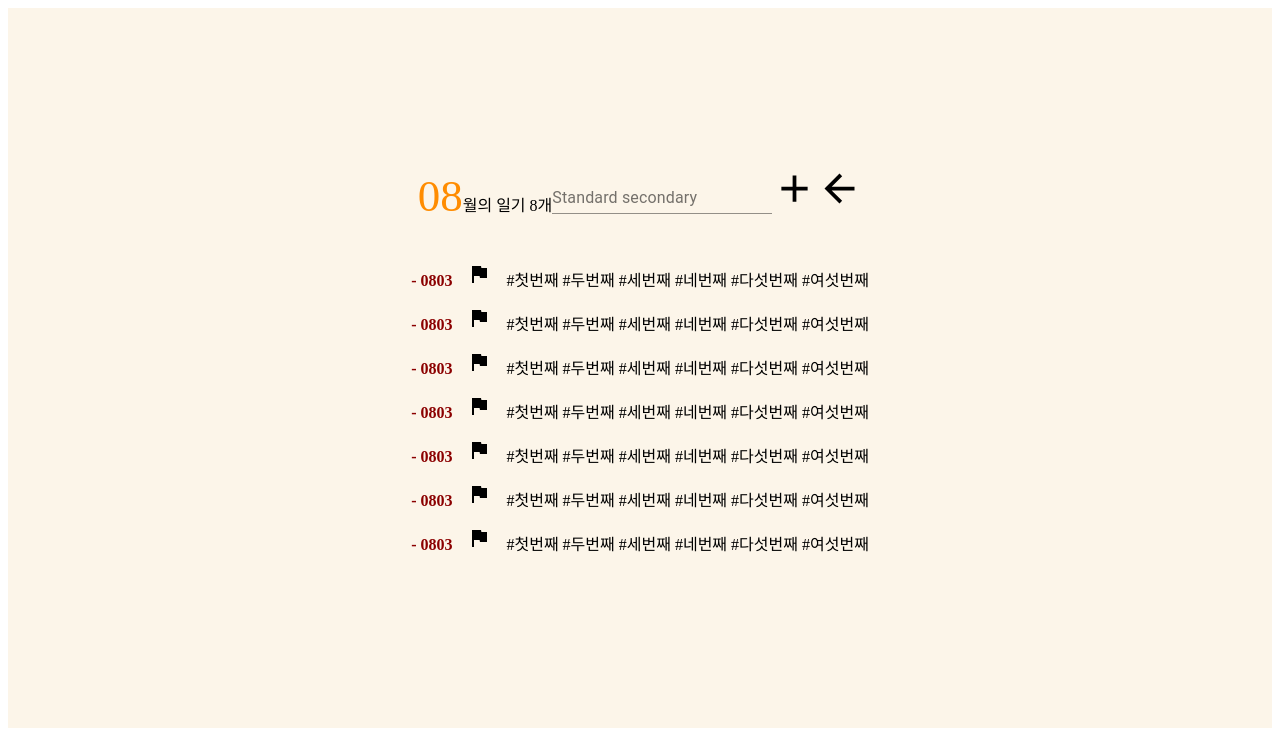
Repository: IMHANA/diary
Page: /list
These files come from the project's save history. The page is drawn as it stood at one moment and after the next save; the edit follows.
The browser window is 1280 px wide. The pictures show the whole page.
The project was rebuilt for these pictures with package versions that can differ from the ones it lists, and the page was loaded fresh each time. Also part of the build but not shown: src/App.css, src/pages/Main/main.js, src/pages/Month/month.js.

Above is the page before, as saved 2021-08-05 17:40:46.

### src/App.js
import './App.css';
import React, { Component } from 'react'
import MainTemplates from './components/MainTemplates';

class App extends Component {
  render() {
    console.log('메인을 불러온다!')
    return (
      <div>
        <MainTemplates/>
      </div>
    )
  }
}

export default App;

### src/components/MainTemplates.js
import React, { Component } from 'react'
import Main from '../pages/Main/main';
import Month from '../pages/Month/month';
import DayList from '../pages/DayList/dayList';
import { BrowserRouter as Router, Route, Switch, Link} from 'react-router-dom';

export default class MainTemplates extends Component {
    render() {
        return (
            <Router>
                <Switch>
                    <Route exact path='/' component={Main}/>
                    <Route path='/monthly' component={ Month }/>
                    <Route path='/list' component={ DayList} />
                </Switch>
            </Router>
        )
    }
}

### src/pages/DayList/dayList.js
import React, { Component } from 'react';
import { Add, ArrowBack , Flag} from '@material-ui/icons'
import TextField from '@material-ui/core/TextField';
import '../DayList/dayList.css';

export default class dayList extends Component {
    render() {
        return (
            <div id='container'>
                <div id='sub_box'>
                    <div className='list_title'>
                        <span id='month'>08</span><span>월의 일기 8개</span>
                        <TextField id="standard-secondary" label="Standard secondary" color="secondary" />
                        <Add style={{fontSize: '45px'}}/>
                        <ArrowBack style={{fontSize: '45px'}} />
                    </div>
                    <div id='title'

                    ></div>
                    <div>
                        <div className='list_box'>
                            <span className='date'>- 0803</span>
                            <Flag className='icon'/>
                            <span>#첫번째 #두번째 #세번째 #네번째 #다섯번째 #여섯번째</span>
                        </div>
                        <div className='list_box'>
                            <span className='date'>- 0803</span>
                            <Flag className='icon'/>
                            <span>#첫번째 #두번째 #세번째 #네번째 #다섯번째 #여섯번째</span>
                        </div>
                        <div className='list_box'>
                            <span className='date'>- 0803</span>
                            <Flag className='icon'/>
                            <span>#첫번째 #두번째 #세번째 #네번째 #다섯번째 #여섯번째</span>
                        </div>
                        <div className='list_box'>
                            <span className='date'>- 0803</span>
                            <Flag className='icon'/>
                            <span>#첫번째 #두번째 #세번째 #네번째 #다섯번째 #여섯번째</span>
                        </div>
                        <div className='list_box'>
                            <span className='date'>- 0803</span>
                            <Flag className='icon'/>
                            <span>#첫번째 #두번째 #세번째 #네번째 #다섯번째 #여섯번째</span>
                        </div>
                        <div className='list_box'>
                            <span className='date'>- 0803</span>
                            <Flag className='icon'/>
                            <span>#첫번째 #두번째 #세번째 #네번째 #다섯번째 #여섯번째</span>
                        </div>
                        <div className='list_box'>
                            <span className='date'>- 0803</span>
                            <Flag className='icon'/>
                            <span>#첫번째 #두번째 #세번째 #네번째 #다섯번째 #여섯번째</span>
                        </div>
                    </div>
                    <div>

                    </div>
                </div>
            </div>
        )
    }
}

### src/pages/Main/main.css
#container {
    display: flex;
    flex-direction:column;

    height: 100vh;

    justify-content: center;
    align-items: center;
    background-color:rgb(252, 245, 233);
}

input[placeholder] {
    text-align: center;
    width: 150px;
    height: 35px;
    margin-bottom: 10px;
}

#login_btn, #sign_up_btn {
    width: 50px;
    height: 50px;
    border-radius: 50%;
    outline: none;
    border: none;
}

#btn_box {
    display: flex;
    justify-content: space-around;
    width: 150px;

}

#login_btn {
    background-color: rgb(255, 182, 45);
    margin-left: 50px;
}
#sign_up_btn {
    background-color: rgb(55, 137, 139);
}

#login_btn:hover {
    cursor: pointer;
    background-color: rgb(218, 153, 35);
}
#sign_up_btn:hover {
    cursor: pointer;
    background-color: rgb(51, 123, 124);
}

### src/pages/Month/month.css
#container {
    margin: 0;
    display: flex;
    flex-direction: column;
    justify-content: center;
    align-items: center;
}

.month_box_container {
    display: flex;
    width: 990px;
    height: 150px;
}
.month_box_container .calendar-item {
    /* display: inline-block; */
    border: 1px solid rgb(243, 243, 243);
    flex:1;
    padding-top: 10px;
    padding-left: 15px;
}

.month_box_container .calendar-item span.title{
    font-size: 40px;
    color:darkgrey;
    cursor: pointer;
    /* margin-top: 10px;
    margin-bottom: 10px; */
}

.month_box_container .calendar-item span.title:hover{
    color:rgb(252, 169, 76);
}

/* .first-floor span.title{
    color: red;
    height: 40px;
} */

#year_row {
    margin-top: 50px;
}

#year_row span {
    padding: 0 15px 0 15px;
}

### src/pages/DayList/dayList.css
#container {
    display: flex;
    flex-direction: column;
    justify-content: center;
    align-items: center;
    height: 100vh;

}

.list_title {
    margin-bottom: 40px;
}

#month {
    color:darkorange;
    font-size: 45px;
}

#sub_box {
    display: flex;
    flex-direction: column;
    justify-content: center;
    align-items: center;
}
.list_box {
    margin-bottom: 15px;
}
.icon {
    padding: 0 15px 0 15px;
}

.date {
    font-weight: bolder;
    color:darkred;
}

Loaded but not shown: public/index.html (common file); src/index.js (common file)

After the next save:
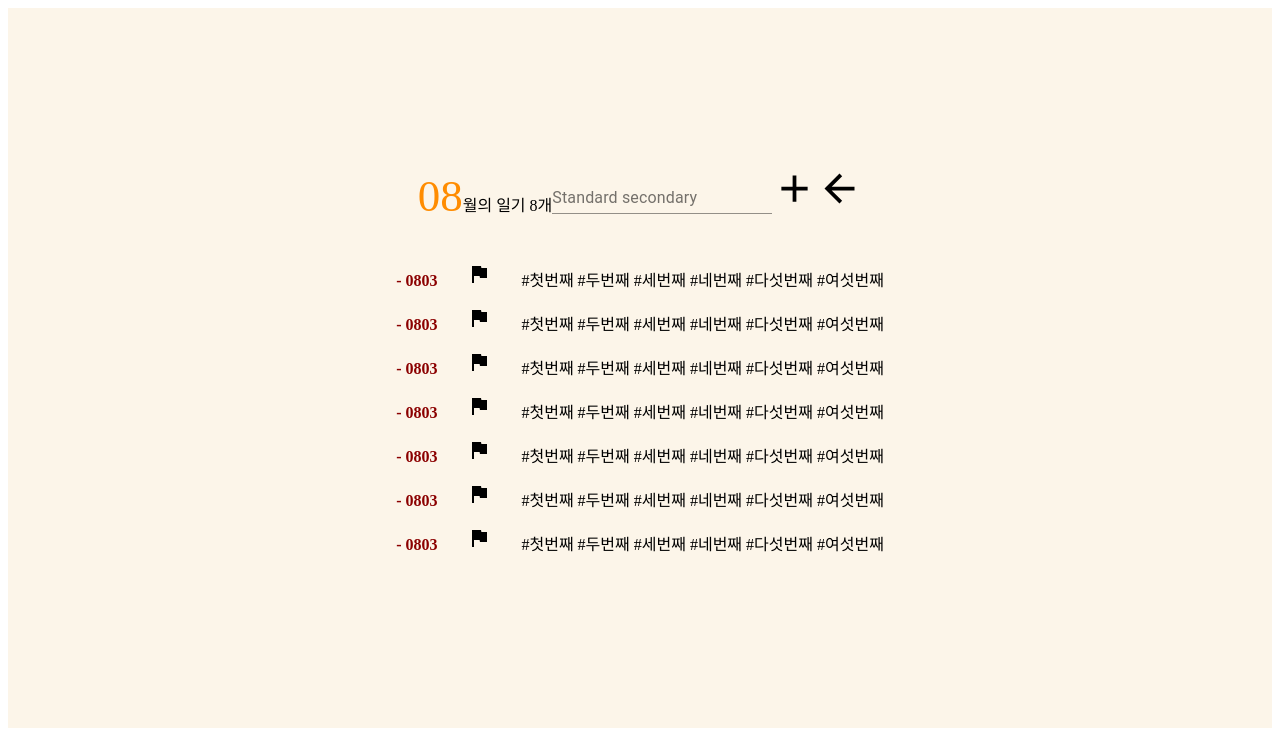
Saved 9 s later.
--- a/src/pages/DayList/dayList.css
+++ b/src/pages/DayList/dayList.css
@@ -26,7 +26,7 @@
     margin-bottom: 15px;
 }
 .icon {
-    padding: 0 15px 0 15px;
+    padding: 0 30px 0 30px;
 }
 
 .date {
